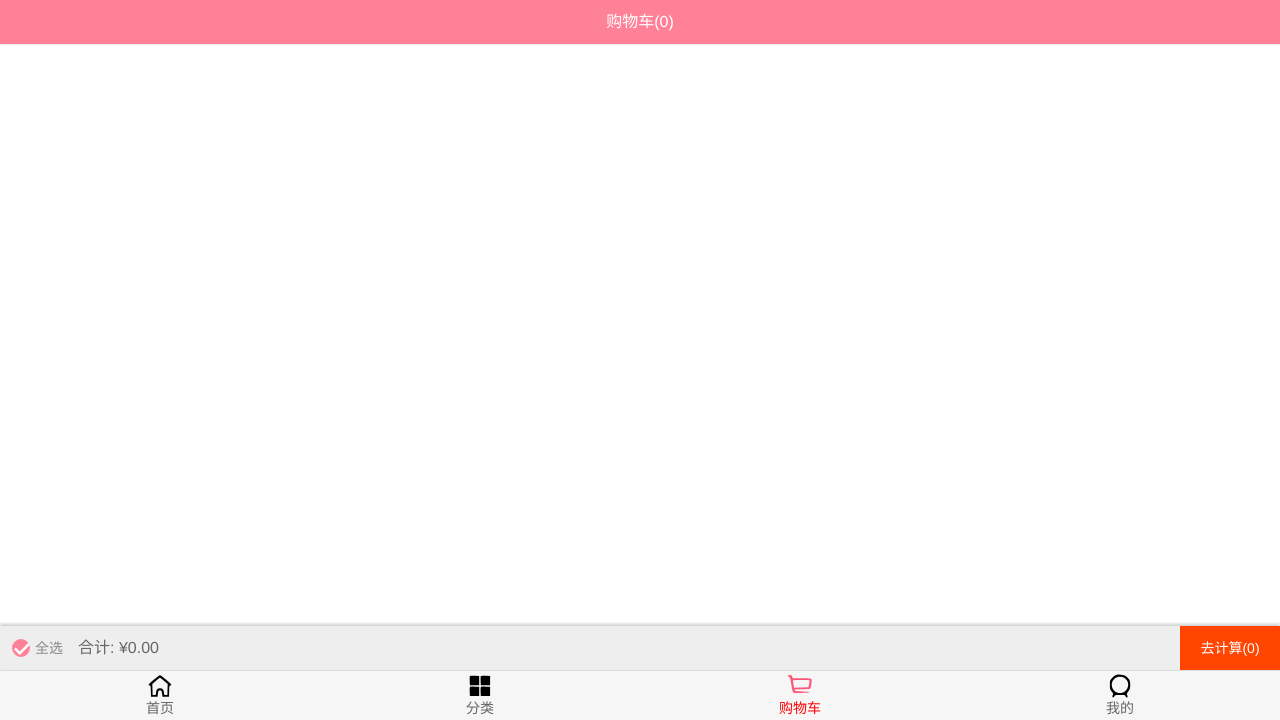
Repository: shihaowengit/mall
Page: /cart
An editor plug-in stored every save of this project. The page is shown before and after the next save, followed by the edit.
The browser window is 1280 px wide. The pictures show the whole page.
The project was rebuilt for these pictures with package versions that can differ from the ones it lists, and the page was loaded fresh each time. Also part of the build but not shown: vue.config.js, src/views/cart/childComps/CartListItem.vue.

Above is the page before, as saved 2019-12-02 10:24:37.

After the next save:
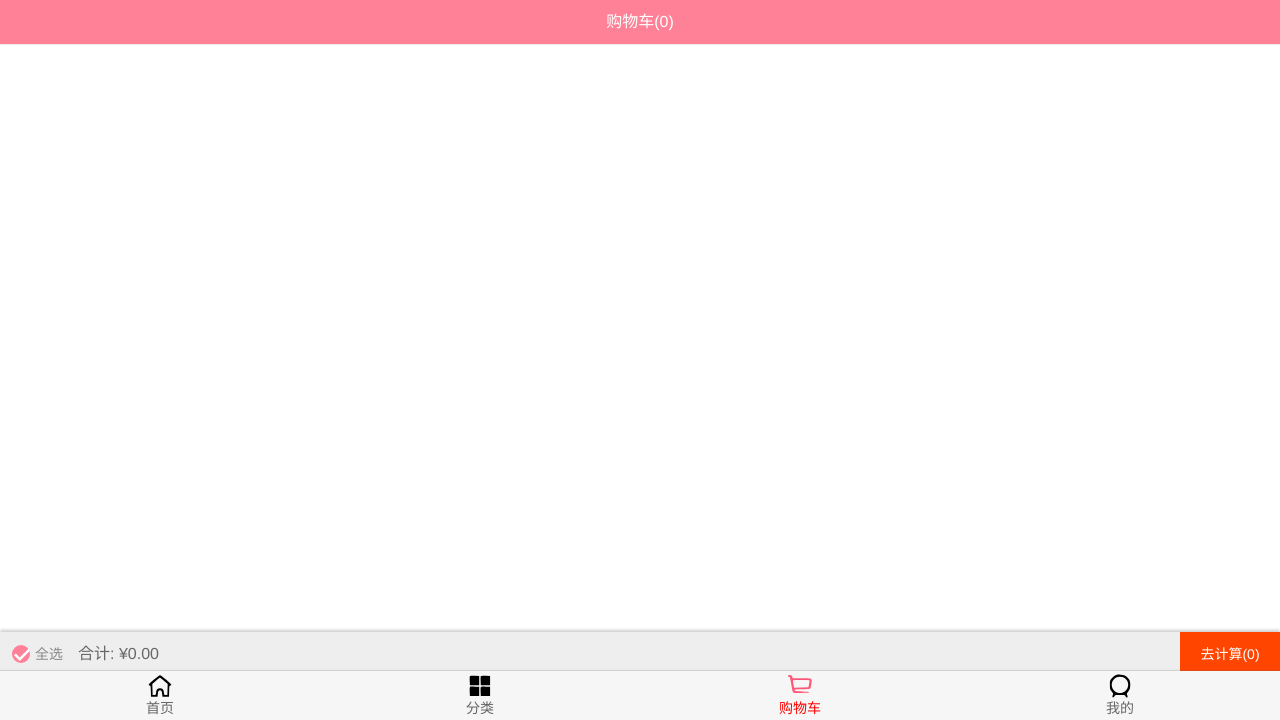
Saved 29 s later.
--- a/src/views/cart/childComps/BottomBar.vue
+++ b/src/views/cart/childComps/BottomBar.vue
@@ -46,7 +46,7 @@
     height: 44px;
     background-color: #eee;
     position: fixed;
-    bottom: 50px;
+    bottom: 44px;
     left: 0;
     box-shadow: 0 -2px 3px rgba(0, 0, 0, .2);
     font-size: 14px;
